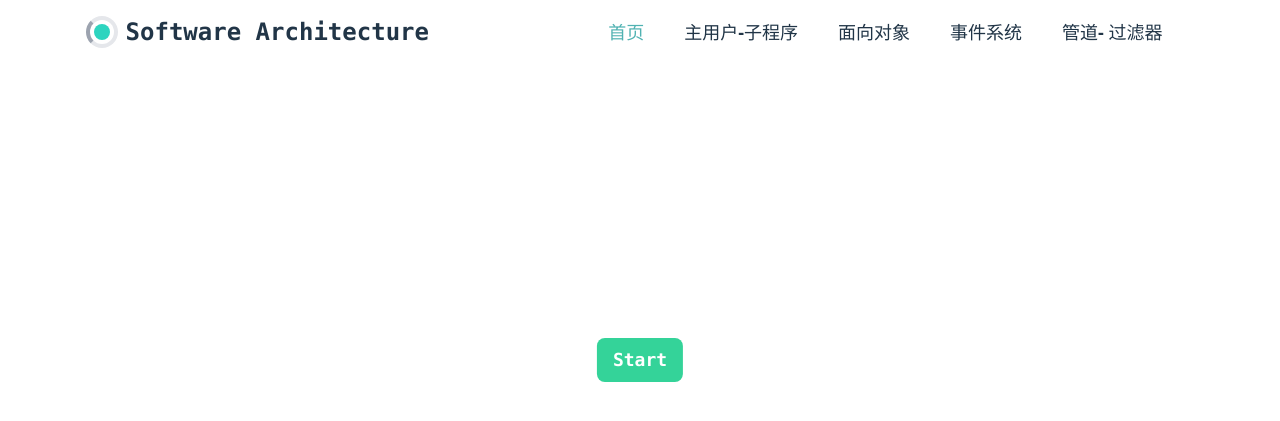
Repository: MarchRory/software_architecture_lab2
Page: / (app in lab2/)
An editor plug-in stored every save of this project. The page is shown before and after the next save, followed by the edit.
The browser window is 1280 px wide. The pictures show the whole page.
The project was rebuilt for these pictures with package versions that can differ from the ones it lists, and the page was loaded fresh each time. Also part of the build but not shown: lab2/vite.config.ts. Imported but missing from the stored project, and not drawn on this page: lab2/src/views/OOP/index.vue, lab2/src/views/PipFilter/index.vue, lab2/src/views/eventsSys/index.vue, lab2/src/views/mainChild/index.vue.

Above is the page before, as saved 2023-11-16 14:48:02.

### lab2/index.html
<!doctype html>
<html lang="en">
  <head>
    <meta charset="UTF-8" />
    <link rel="icon" type="image/svg+xml" href="/vite.svg" />
    <meta name="viewport" content="width=device-width, initial-scale=1.0" />
    <title>经典软件体系结构</title>
  </head>
  <body>
    <div id="app"></div>
    <script type="module" src="/src/main.ts"></script>
  </body>
</html>

### lab2/src/main.ts
import { createApp } from 'vue'
import './style.css'
import './style/index.css'
import router from '@/router/index'
import App from './App.vue'
import "tailwindcss/tailwind.css"

createApp(App).use(router).mount('#app')

### lab2/src/style.css
:root {
  font-family: Inter, system-ui, Avenir, Helvetica, Arial, sans-serif;
  line-height: 1.5;
  font-weight: 400;

  color-scheme: light dark;
  color: rgba(255, 255, 255, 0.87);
  background-color: #242424;

  font-synthesis: none;
  text-rendering: optimizeLegibility;
  -webkit-font-smoothing: antialiased;
  -moz-osx-font-smoothing: grayscale;
  -webkit-text-size-adjust: 100%;
}

a {
  font-weight: 500;
  color: #646cff;
  text-decoration: inherit;
}
a:hover {
  color: #535bf2;
}

body {
  margin: 0;
  display: flex;
  place-items: center;
  min-width: 320px;
  min-height: 100vh;
}

@media (prefers-color-scheme: light) {
  :root {
    color: #213547;
    background-color: #ffffff;
  }
  a:hover {
    color: #747bff;
  }
  button {
    background-color: #f9f9f9;
  }
}

### lab2/src/router/index.ts
import { createRouter, createWebHashHistory, RouteRecordRaw } from "vue-router";
export const routes: Array<RouteRecordRaw> = [
    {
        path: '/',
        name: 'hello',
        meta: {
            tabName: '主页'
        },
        component: () => import('@/layout/index.vue'),
        redirect: '/home',
        children: [
            {
                path: '/home',
                name: 'home',
                component: () => import('@/views/hello/index.vue'),
                meta: {
                    title: '首页'
                }
            }, {
                path: '/mainChild',
                name: 'mainChild',
                component: () => import('@/views/mainChild/index.vue'),
                meta: {
                    title: '主用户-子程序'
                }
            }, {
                path: '/OOP',
                name: "OOP",
                component: () => import('@/views/OOP/index.vue'),
                meta: {
                    title: '面向对象'
                }
            }, {
                path: '/eventSys',
                name: "eventSys",
                component: () => import("@/views/eventsSys/index.vue"),
                meta: {
                    title: '事件系统'
                }
            }, {
                path: '/pipFilter',
                name: "pipFilter",
                component: () => import('@/views/PipFilter/index.vue'),
                meta: {
                    title: "管道- 过滤器"
                }
            }
        ]
    },
]

const router = createRouter({
    history: createWebHashHistory(),
    routes
})

export default router

### lab2/src/App.vue
<script setup lang="ts">
import { defineAsyncComponent } from 'vue';
import { useRouter } from 'vue-router'
const router = useRouter()
</script>

<template>
  <div id="app">
    <router-view></router-view>
  </div>
</template>

<style scoped>
#app{
  width: 100vw;
  height: 100vh;
}
</style>

### lab2/src/layout/index.vue
<script setup lang="ts">
	import { defineAsyncComponent } from 'vue';
	const Navbar = defineAsyncComponent(() => import('./navbar.vue'));
	const APPMain = defineAsyncComponent(() => import('./Main.vue'));
</script>

<template>
	<div class="flex flex-col w-full h-full">
		<Navbar />
		<APPMain class="flex-1" />
	</div>
</template>

### lab2/src/views/hello/index.vue
<script setup lang="ts">
	import { useRouter } from 'vue-router';
	const router = useRouter();
	function enter() {
		router.push({
			path: '/home',
		});
	}
</script>

<template>
	<div
		style="position: absolute; left: 50%; top: 50%; transform: translate(-50%, -50%)"
		class="flex flex-col justify-around"
	>
		<div class=""></div>
		<div
			@click="enter"
			class="px-4 py-2 font-mono text-lg font-bold text-white rounded-lg hover:cursor-pointer bg-emerald-400"
		>
			Start
		</div>
	</div>
</template>

<style scoped></style>

### lab2/src/layout/navbar.vue
<script setup lang="ts">
	import { useRouter, useRoute, RouteRecordRaw } from 'vue-router';
	import { routes } from '@/router';
	import { ref } from 'vue';
	const router = useRouter();
	const route = useRoute();
	const Navlist = ref();
	function initNav() {
		Navlist.value = routes[0].children?.map((route: RouteRecordRaw) => {
			return {
				path: route.path,
				title: route?.meta.title,
			};
		});
	}
	initNav();
	function switchTab(path: string) {
		router.push({
			path: path,
		});
	}
</script>

<template>
	<div class="flex items-center justify-around w-full h-16">
		<ul class="flex items-center justify-start list-none">
			<li
				class="flex items-center justify-center w-8 h-8 border-4 rounded-full border-l-gray-400"
			>
				<div class="w-4 h-4 bg-teal-400 rounded-full"></div>
			</li>
			<li class="font-mono text-2xl navFont">Software Architecture</li>
		</ul>
		<ul class="flex min-w-fit">
			<li
				@click="switchTab(navItem.path)"
				class="mr-8 font-sans text-lg transition-all navFont hover:cursor-pointer"
				:class="[route.path == navItem.path ? 'active' : '']"
				v-for="(navItem, index) in Navlist"
				:key="index"
			>
				{{ navItem.title }}
			</li>
		</ul>
	</div>
</template>

<style scoped>
	.navFont {
		@apply ml-2 font-bold;
	}
	.active {
		color: rgb(80, 178, 178);
	}
	/* 	.active::before {
		display: block;
		content: '';
		position: absolute;
		width: 12px;
		height: 12px;
		border-radius: 50%;
		background-color: rgb(80, 178, 178);
		transform: translate(100%, 50%);
	} */
</style>

### lab2/src/layout/Main.vue
<script setup lang="ts"></script>

<template>
	<div class="w-full h-auto px-56 pt-4 overflow-auto">
		<router-view></router-view>
	</div>
</template>

Loaded but not shown: lab2/src/style/index.css (common file); lab2/tailwind.config.js (common file)

After the next save:
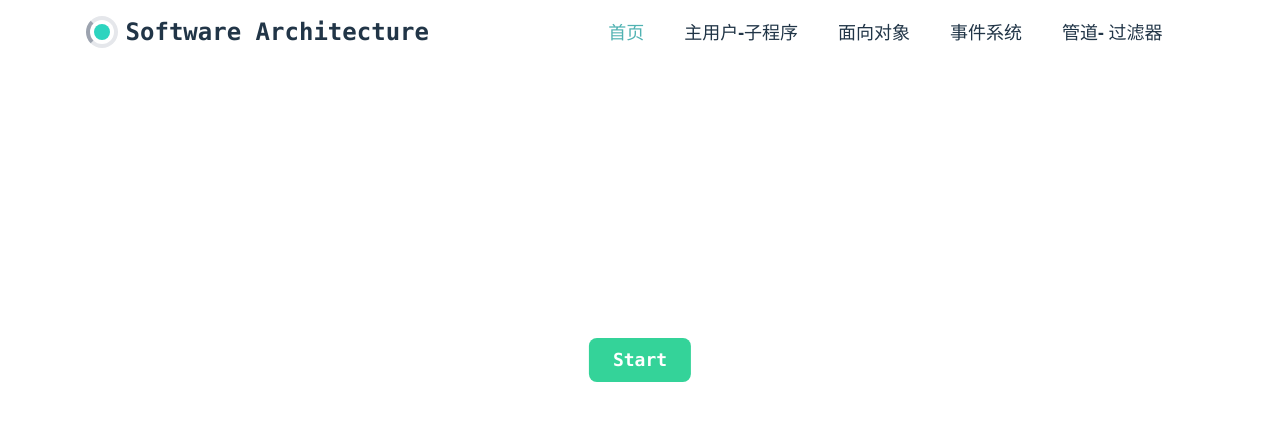
Saved 11 s later.
--- a/lab2/src/views/hello/index.vue
+++ b/lab2/src/views/hello/index.vue
@@ -16,7 +16,7 @@
 		<div class=""></div>
 		<div
 			@click="enter"
-			class="px-4 py-2 font-mono text-lg font-bold text-white rounded-lg hover:cursor-pointer bg-emerald-400"
+			class="px-6 py-2 font-mono text-lg font-bold text-white rounded-lg hover:cursor-pointer bg-emerald-400"
 		>
 			Start
 		</div>
